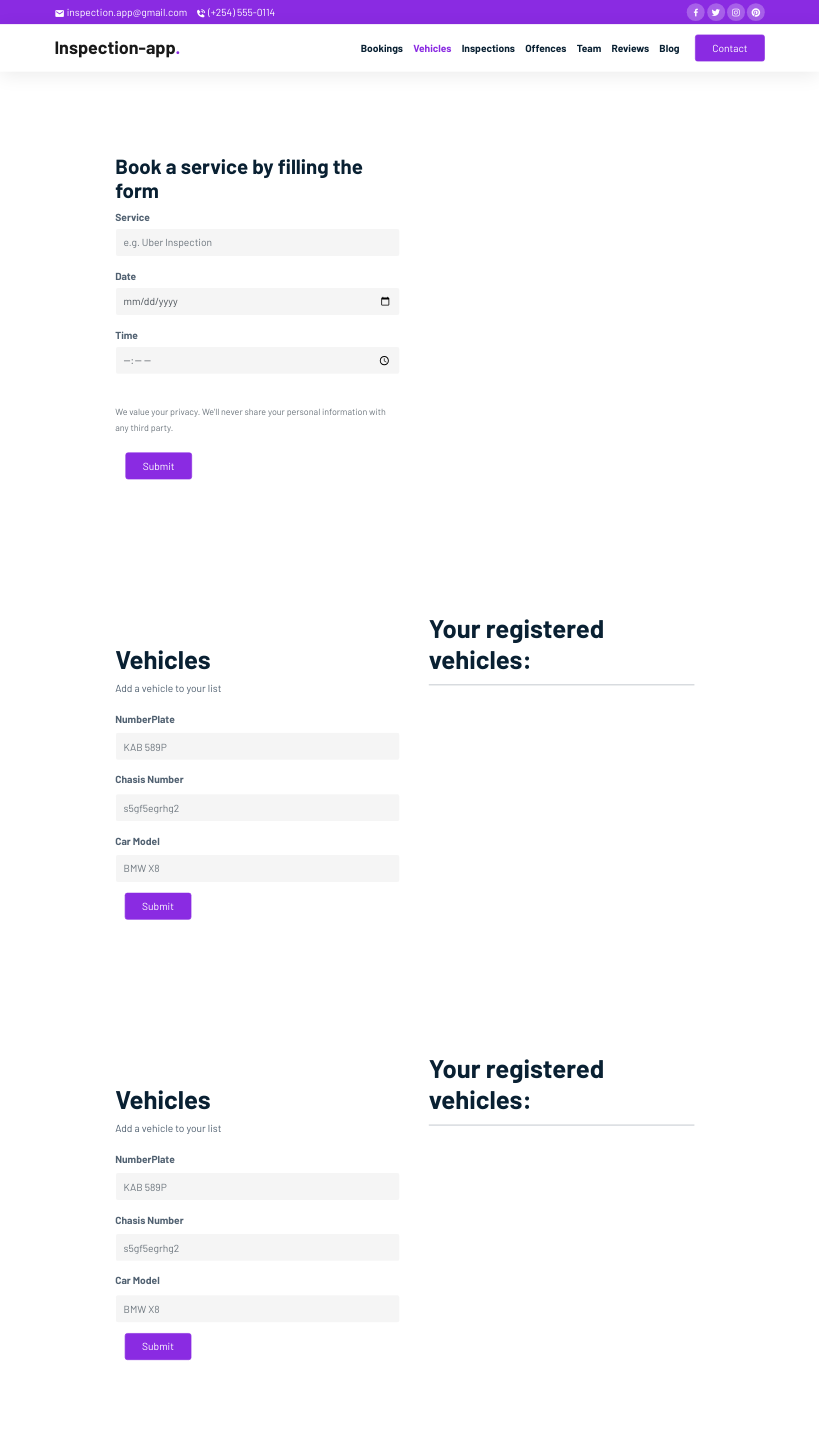
Repository: Jaynie8085/INSPECTION-APP
Page: client/dashboard.html
These files come from the project's save history. The page is drawn as it stood at one moment and after the next save; the edit follows.
The browser window is 1280 px wide. The pictures show the whole page, at 64% of full size.
The page's requests for data from a server got no answer. Some web libraries are served in a nearby version.

Above is the page before, as saved 2022-10-15 02:56:15.

After the next save:
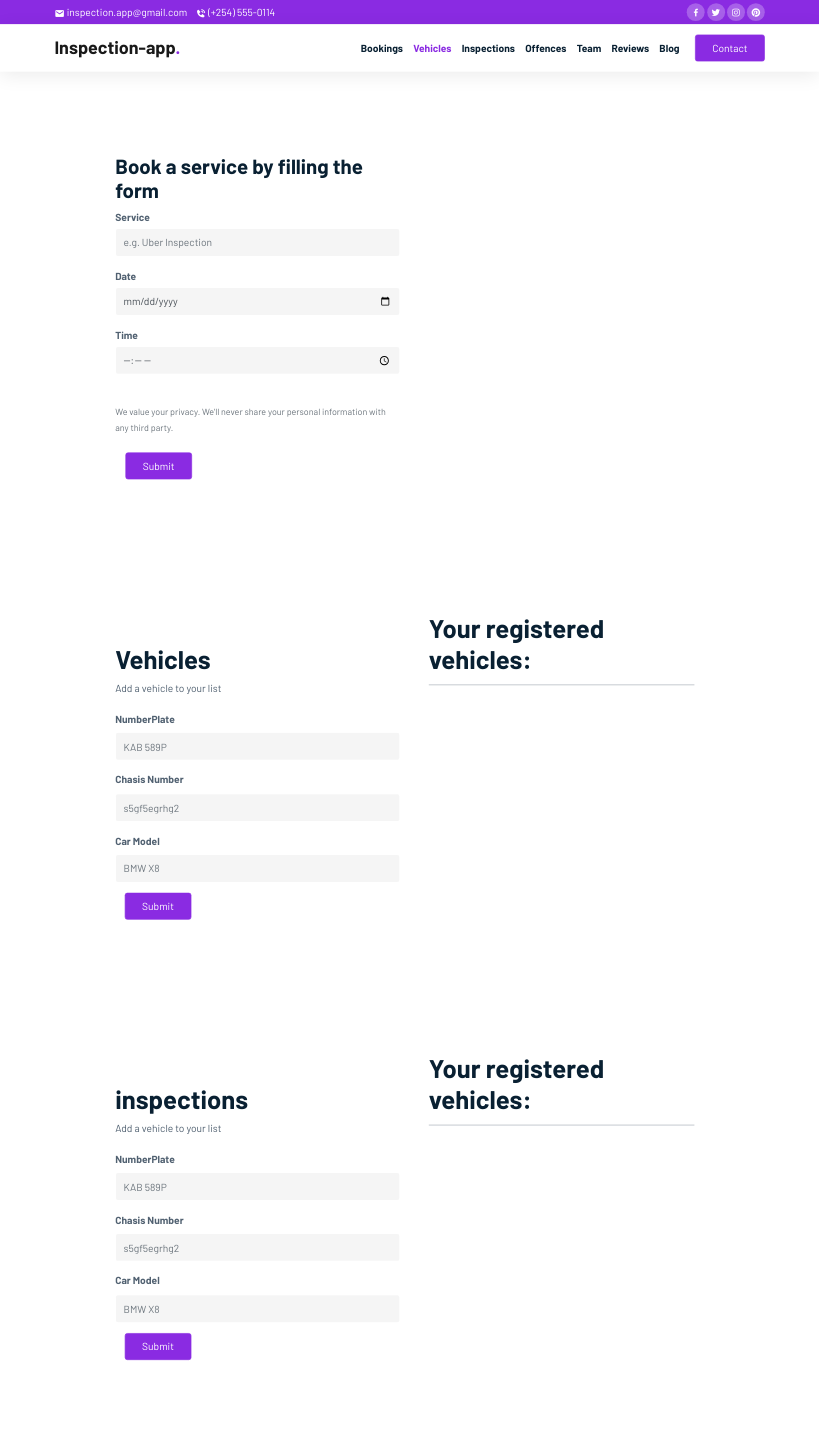
Saved 18 s later.
--- a/client/dashboard.html
+++ b/client/dashboard.html
@@ -149,13 +149,13 @@
         </div>
     </section>
 
-    <!-- vehicles -->
-    <section id="vehicles">
+    <!-- inspections -->
+    <section id="inspections">
         <div class="container">
             <div class="row justify-content-center">
             <div id="customer-frm" class="col-lg-5 py-5">
                 <form  >
-                    <h1>Vehicles</h1>
+                    <h1>inspections</h1>
                     <p>Add a vehicle to your list</p>
                     <div class="form-group">
                         <label for="numberplate" class="form-label">NumberPlate</label>
